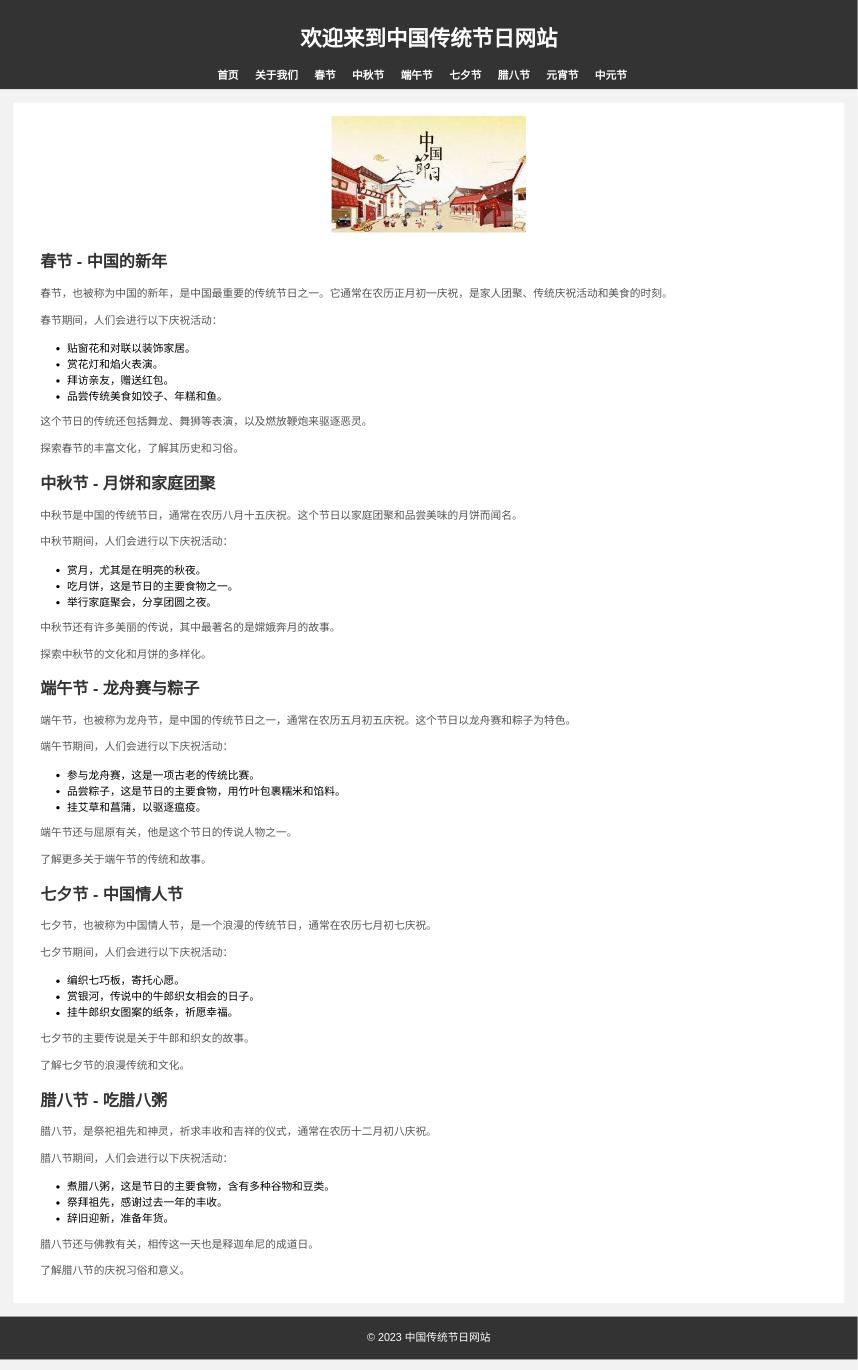
Repository: XueJie1/computer-operation-basics
Page: index.html
An editor plug-in stored every save of this project. The page is shown before and after the next save, followed by the edit.
The browser window is 1280 px wide. The pictures show the whole page, at 67% of full size.

Above is the page before, as saved 2023-09-03 13:58:15.

After the next save:
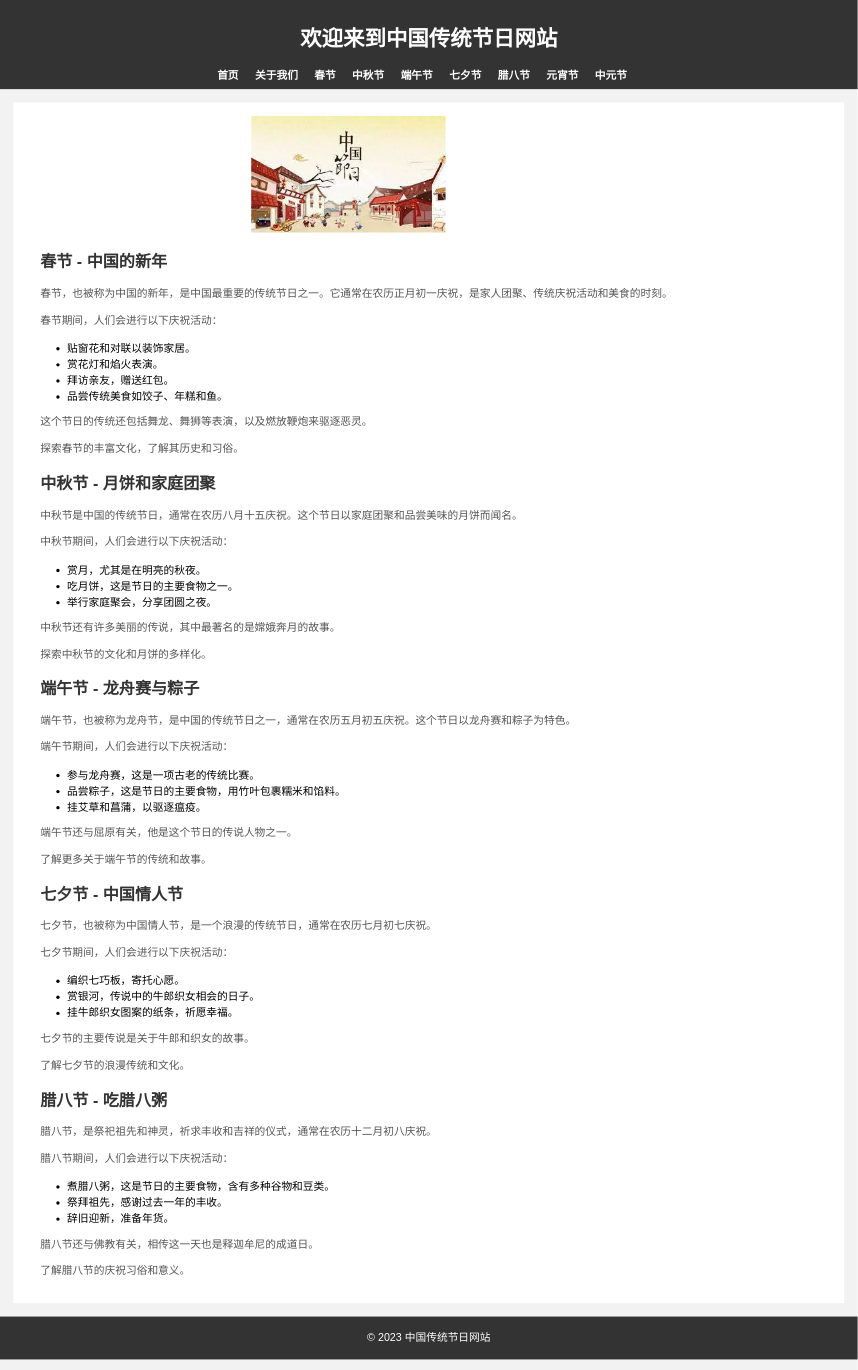
Saved 20 s later.
--- a/css/styles.css
+++ b/css/styles.css
@@ -22,6 +22,8 @@ header , .header{
 
 .banner {
     text-align: center;
+    width: 80%;
+    height: auto;
 }
 
 nav ul {
